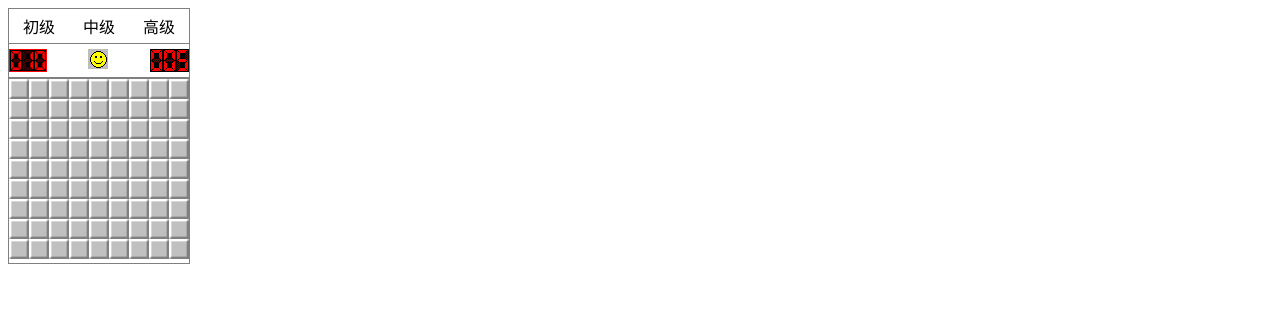
Repository: vLinv/MineSweeper
Page: index.html
These files come from the project's save history. The page is drawn as it stood at one moment and after a run of saves; the edit follows.
The browser window is 1280 px wide. The pictures show the whole page.

Above is the page before, as saved 2022-02-18 16:41:09.

After the next 2 saves:
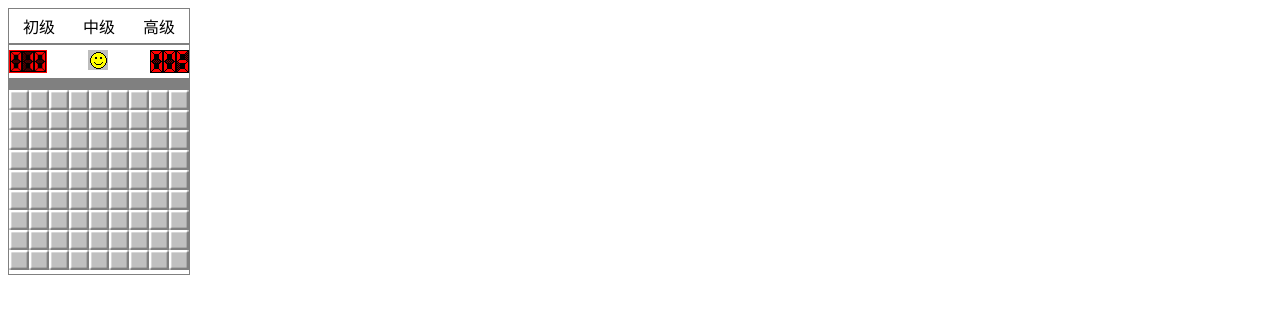
The 2 saves are shown as one change because they came seconds apart.
The last was saved 9 s later.
--- a/index.html
+++ b/index.html
@@ -37,7 +37,7 @@
     .level_select {
       width: 100%;
       display: flex;
-      border-bottom: 1px solid gray;
+      border-bottom: 2px solid gray;
       padding: 5px 0;
     }
 
@@ -50,7 +50,7 @@
       width: 100%;
       height: 23px;
       display: flex;
-      border-bottom: 2px solid gray;
+      border-bottom: 12px solid gray;
       padding: 5px 0;
     }
 
